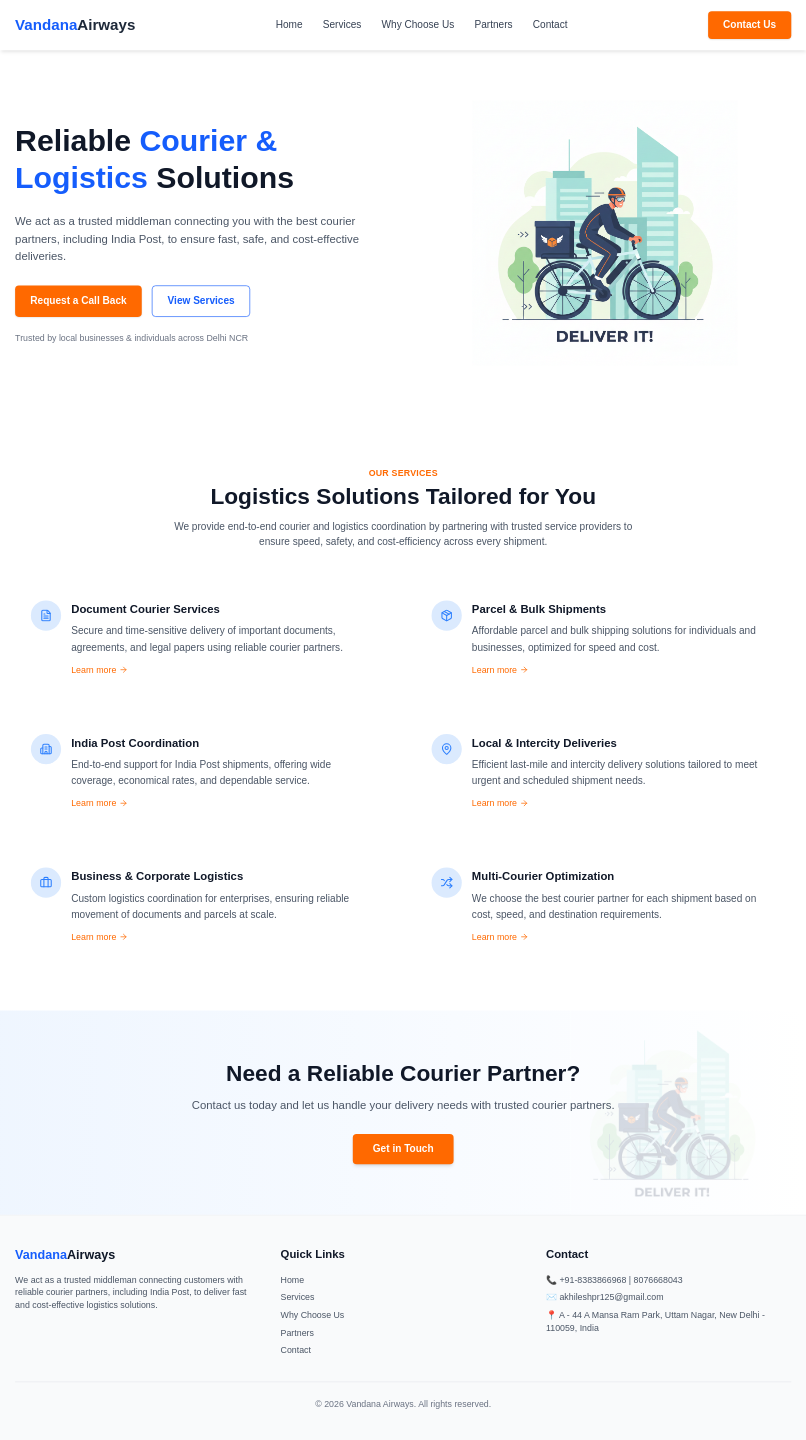
Repository: Rohit-foryou/Courier-Portfolio
Page: /
An editor plug-in stored every save of this project. The page is shown before and after the next save, followed by the edit.
The browser window is 1280 px wide. The pictures show the whole page, at 63% of full size.
The project was rebuilt for these pictures with package versions that can differ from the ones it lists, and the page was loaded fresh each time. The framework's server and built-in components were replaced by stand-ins that run in the browser. Also part of the build but not shown: next.config.ts.

Above is the page before, as saved 2026-02-11 01:02:05.

After the next save:
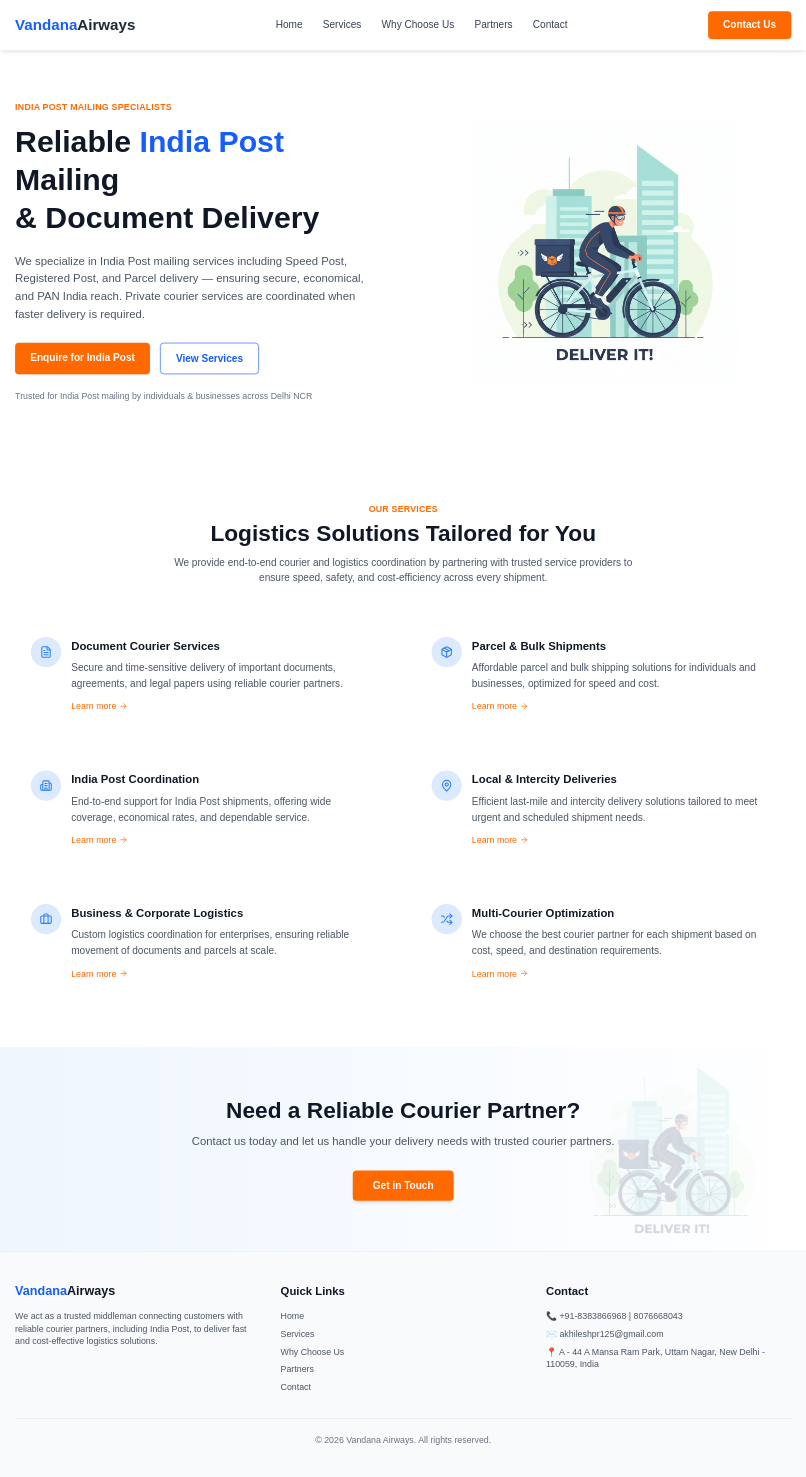
Saved 3 min 22 s later.
--- a/components/HeroSection.tsx
+++ b/components/HeroSection.tsx
@@ -8,15 +8,20 @@
 
         {/* Left Content */}
         <div>
-          <h1 className="text-4xl md:text-5xl font-bold text-gray-900 leading-tight">
-            Reliable <span className="text-blue-600">Courier & Logistics</span>{" "}
-            Solutions
+          <p className="text-sm font-semibold text-orange-500 uppercase tracking-wide">
+            India Post Mailing Specialists
+          </p>
+
+          <h1 className="mt-4 text-4xl md:text-5xl font-bold text-gray-900 leading-tight">
+            Reliable <span className="text-blue-600">India Post</span> Mailing
+            <br /> & Document Delivery
           </h1>
 
-          <p className="mt-6 text-lg text-gray-600">
-            We act as a trusted middleman connecting you with the best courier
-            partners, including India Post, to ensure fast, safe, and
-            cost-effective deliveries.
+          <p className="mt-6 text-lg text-gray-600 max-w-xl">
+            We specialize in India Post mailing services including Speed Post,
+            Registered Post, and Parcel delivery — ensuring secure, economical,
+            and PAN India reach. Private courier services are coordinated when
+            faster delivery is required.
           </p>
 
           {/* CTA Buttons */}
@@ -25,7 +30,7 @@
               href="/contact"
               className="bg-orange-500 text-white px-6 py-3 rounded-md font-semibold hover:bg-orange-600 transition shadow-sm"
             >
-              Request a Call Back
+              Enquire for India Post
             </Link>
 
             <Link
@@ -38,7 +43,7 @@
 
           {/* Trust Signal */}
           <p className="mt-6 text-sm text-gray-500">
-            Trusted by local businesses & individuals across Delhi NCR
+            Trusted for India Post mailing by individuals & businesses across Delhi NCR
           </p>
         </div>
 
@@ -46,7 +51,7 @@
         <div className="flex justify-center">
           <Image
             src="/images/courier-illustration.png"
-            alt="Courier and logistics illustration"
+            alt="India Post mailing and courier coordination illustration"
             width={420}
             height={320}
             className="object-contain"
